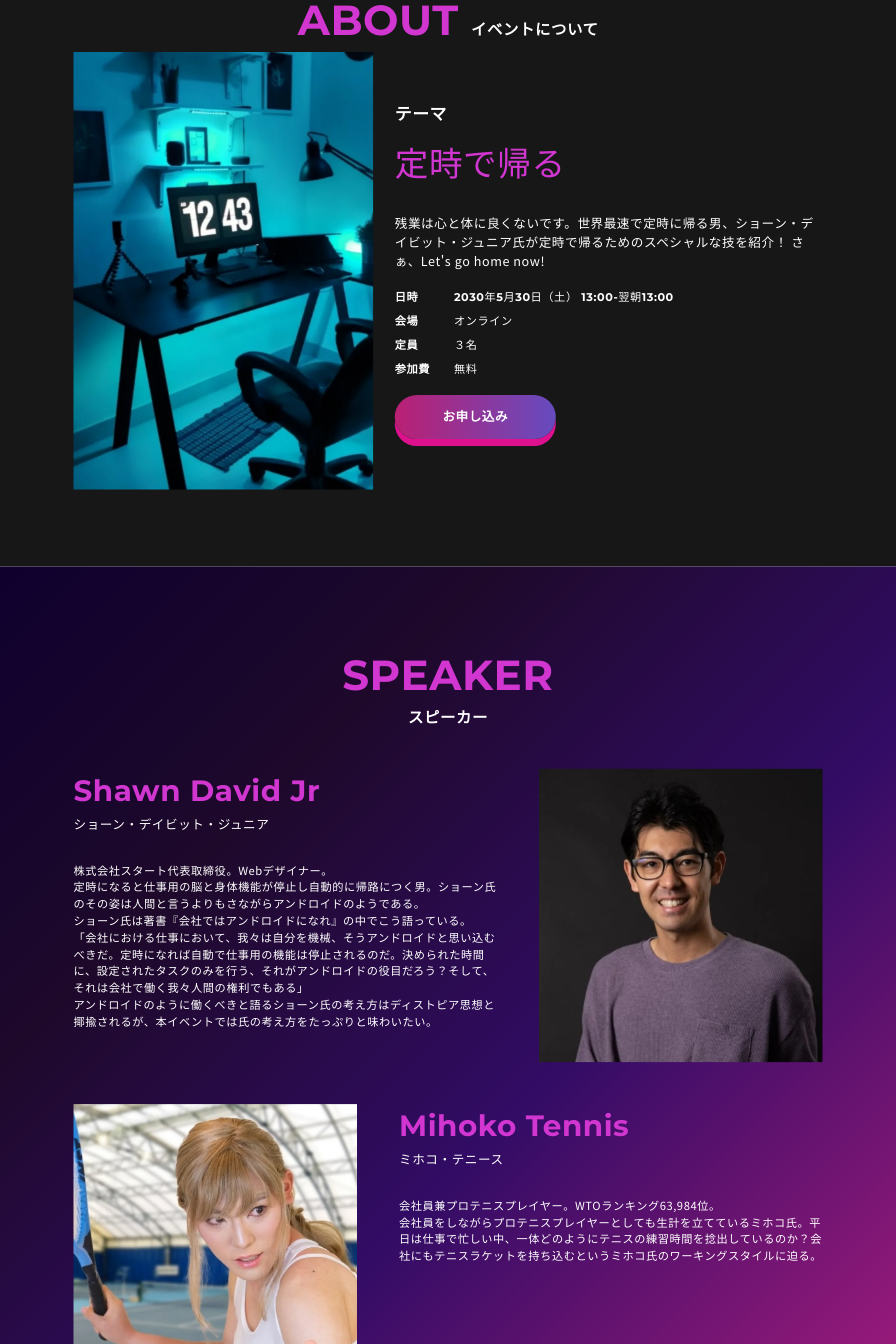
Repository: tetishi/wdc
Page: index.html
The author's editor kept a copy of each file at every save. The page is drawn from the files as they stood at one save, then again after the next save.
The browser window is 1280 px wide. The pictures show the part of the page from y = 826 to 2746 px (the page is 6212 px tall), at 70% of full size.
Some web libraries are served in a nearby version. The style sheet was rebuilt from its Sass, Less or Tailwind sources for each picture, by a compiler version that may differ from the author's.

Above is the page before, as saved 2023-07-15 18:30:07.

### index.html
<!DOCTYPE html>
<html lang="ja">
<head>
    <meta charset="UTF-8">
    <meta http-equiv="X-UA-Compatible" content="IE=edge">
    <meta name="viewport" content="width=device-width, initial-scale=1.0">
    <title>WDC</title>
    <link href="https://use.fontawesome.com/releases/v5.6.1/css/all.css" rel="stylesheet">
    <link href="https://fonts.googleapis.com/css2?family=Montserrat:wght@700&family=Noto+Sans+JP:wght@500;700&display=swap" rel="stylesheet">
    <link rel="icon" href="img/favicon.ico">
    <link rel="stylesheet" href="./css/reset.css">
    <link rel="stylesheet" href="./css/style.css">
</head>
<body>
    <header class="header">
        <div class="header-inner">
            <h2 class="nav-title">
                <a href="./index.html">
                    <img src="img/WDC.svg" alt="WDC">
                </a>
            </h2>
            <nav class="header-nav">
                <ul id="page-link" class="header-list">
                    <li class="header-item">
                        <a href="#about">ABOUT</a>
                    </li>
                    <li class="header-item">
                        <a href="#speaker">SPEAKER</a>
                    </li>
                    <li class="header-item">
                        <a href="#session">SESSION</a>
                    </li>
                </ul>
            </nav>
        </div>
    </header>

    <main>
        <!-- fv -->
        <div class="fv">
            <div class="section-inner fv-wrapper">
                    <!-- page-title-wrapper -->
                    <div class="page-title-wrapper">
                        <div class="page-title-upper">Web Design <br class="sp-br"> Conference vol.24</div>
                        <h2 class="page-title">
                            WORK<br>
                            REVOLUTION
                        </h2>
                        <div class="page-title-bottom">2030.05.30</div>
                        <div id="page-link" class="fv-btn">
                            <a href="#registor" class="link-btn">お申し込み</a>
                        </div>
                    </div>
                    <div class="ceo-wrraper">
                        <p class="ceo-name">ショーン・デイビット・ジュニア<span class="ceo-title">氏</span></p>
                        <p class="ceo-occupation">Webデザイナー</p>
                    </div>
            </div>
        </div>

        <!-- about -->
        <section id="about" class="about-section-wrapper">
            <div class="section-inner">
                <h2 class="section-title">
                    ABOUT
                    <span class="section-under-title">イベントについて</span>
                </h2>
                <!-- <p class="section-under-title"></p> -->
                <div class="about-container">
                    <div class="about-left-conatiner">
                        <div class="about-img-box">
                            <picture>
                                <source srcset="img/about.webp" type="image/webp">
                                <img src="img/about.jpg" alt="デスクの上のモニターには時間が表示されている">
                            </picture>
                        </div>
                    </div>
                    <div class="about-right-container">
                        <p class="top-text">テーマ</p>
                        <h3 class="theme">定時で帰る</h3>
                        <p class="theme-content">残業は心と体に良くないです。世界最速で定時に帰る男、ショーン・デイビット・ジュニア氏が定時で帰るためのスペシャルな技を紹介！ さぁ、Let's go home now!</p>
                        <table class="about-table">
                            <tbody>
                                <tr>
                                    <th>日時</th>
                                    <td>2030年5月30日（土） 13:00-翌朝13:00</td>
                                </tr>
                                <tr>
                                    <th>会場</th>
                                    <td>オンライン</td>
                                </tr>
                                <tr>
                                    <th>定員</th>
                                    <td>３名</td>
                                </tr>
                                <tr>
                                    <th>参加費</th>
                                    <td>無料</td>
                                </tr>
                            </tbody>
                        </table>
                        <div id="page-link">
                            <a href="#registor" class="link-btn">お申し込み</a>
                        </div>
                    </div>
                </div>
            </div>
        </section>

        <!-- speaker -->
        <section id="speaker" class="speaker-section-wrapper">
            <div class="section-inner">
                <h2 class="section-title">
                    SPEAKER
                    <span></span>
                </h2>
                <p class="section-under-title">スピーカー</p>
                <div class="ceo-container">
                    <div class="ceo-left">
                        <h3 class="speaker-name">Shawn David Jr</h3>
                        <p class="jp-name">ショーン・デイビット・ジュニア</p>
                        <div class="speaker-text">
                            <p>株式会社スタート代表取締役。Webデザイナー。<br>
                                定時になると仕事用の脳と身体機能が停止し自動的に帰路につく男。ショーン氏のその姿は人間と言うよりもさながらアンドロイドのようである。<br>
                                ショーン氏は著書『会社ではアンドロイドになれ』の中でこう語っている。<br>
                                「会社における仕事において、我々は自分を機械、そうアンドロイドと思い込むべきだ。定時になれば自動で仕事用の機能は停止されるのだ。決められた時間に、設定されたタスクのみを行う、それがアンドロイドの役目だろう？そして、それは会社で働く我々人間の権利でもある」<br>
                                アンドロイドのように働くべきと語るショーン氏の考え方はディストピア思想と揶揄されるが、本イベントでは氏の考え方をたっぷりと味わいたい。
                            </p>
                        </div>
                    </div>
                    <div class="ceo-right">
                        <picture>
                            <source srcset="img/sean.webp" type="image/webp">
                            <img src="img/sean.jpg" alt="株式会社スタート代表取締役のShawn David Jrの写真">
                        </picture>
                    </div>
                </div>
                <div class="mihoko-container">
                    <div class="mihoko-left">
                        <picture>
                            <source srcset="img/mihoko.webp" type="image/webp">
                            <img src="img/mihoko.jpg" alt="会社員兼プロテニスプレイヤーのMihoko Tennisの写真">
                        </picture>
                    </div>
                    <div class="mihoko-right">
                        <h3 class="speaker-name">Mihoko Tennis</h3>
                        <p class="jp-name">ミホコ・テニース</p>
                        <div class="speaker-text">
                            <p>会社員兼プロテニスプレイヤー。WTOランキング63,984位。<br>
                                会社員をしながらプロテニスプレイヤーとしても生計を立てているミホコ氏。平日は仕事で忙しい中、一体どのようにテニスの練習時間を捻出しているのか？会社にもテニスラケットを持ち込むというミホコ氏のワーキングスタイルに迫る。
                            </p>
                        </div>
                    </div>
                </div>
                <div class="jecica-container">
                    <div class="jecica-left">
                        <h3 class="speaker-name">Jecica Pannacotta </h3>
                        <p class="jp-name">ジェシカ・パンナコッタ</p>
                        <div class="speaker-text">
                            <p>フリーランスのエンジニア。<br>
                                「絶対に自宅でフルリモートで働く」という徹底したモットーに基づき、約7年間外出をしていない。インターネットを信仰しており、リアルやオフラインよりもオンラインを最重要視するライフスタイルを実践している。「外に出たら負け」が口グセのジェシカ氏の『超ネット仕事術』は必聴。
                            </p>
                        </div>
                    </div>
                    <div class="jecica-right">
                        <picture>
                            <source srcset="img/jecica.webp" type="image/webp">
                            <img src="img/jecica.jpg" alt="フリーランスのエンジニアJecica Pannacottaの写真">
                        </picture>
                    </div>
                </div>
            </div>
        </section>

        <!-- session -->
        <section id="session" class="session-section-wrapper">
            <div class="section-inner">
                <h2 class="section-title">SESSION</h2>
                <p class="section-under-title">セッション</p>
                <div class="session-container">
                    <ul class="session-list">
                        <li class="session-item">
                            <div class="session-left">
                                <p class="session-item-time">13:00-14:00</p>
                            </div>
                            <div class="session-right">
                                <h3 class="session-item-title">ライトニングトーク：定時に帰る、それはアンドロイドになること</h3>
                                <p class="session-item-body">
                                    スピーカー：ショーン・デイビット・ジュニア<br>
                                    人間らしくあろうとすること、それが残業を生むのだ。さぁ！アンドロイドになるのだ！
                                </p>
                            </div>
                        </li>
                        <li class="session-item">
                            <div class="session-left">
                                <p class="session-item-time">14:00-18:00</p>
                            </div>
                            <div class="session-right">
                                <h3 class="session-item-title">ショーンのとっておきの定時に帰る方法</h3>
                                <p class="session-item-body">
                                    スピーカー：ショーン・デイビット・ジュニア<br>
                                    アンドロイド的定時に帰る方法を紹介。ワタシ、テイジデカエリマス。
                                </p>
                            </div>
                        </li>
                        <li class="session-item">
                            <div class="session-left">
                                <p class="session-item-time">18:00-24:00</p>
                            </div>
                            <div class="session-right">
                                <h3 class="session-item-title">公私混同仕事術</h3>
                                <p class="session-item-body">
                                    スピーカー：ミホコ・テニース<br>
                                    私は会社にもテニスラケットを持ち込む。そう、もういっそのこと仕事と趣味の境界線を消しましょう。
                                </p>
                            </div>
                        </li>
                        <li class="session-item">
                            <div class="session-left">
                                <p class="session-item-time">24:00-13:00</p>
                            </div>
                            <div class="session-right">
                                <h3 class="session-item-title">超ネット仕事術</h3>
                                <p class="session-item-body">
                                    スピーカー：ジェシカ・パンナコッタ<br>
                                    ７年間一度も外出せずに仕事をする方法を紹介。自宅大好きっ！
                                </p>
                            </div>
                        </li>
                    </ul>
                </div>
            </div>
        </section>

        <!-- registor -->
        <section id="registor" class="registor-section-wrapper">
            <div class="section-inner">
                <h2 class="section-title">REGISTOR</h2>
                <p class="section-under-title">お申し込み</p>
                <div class="registor-container">
                    <form action="" class="form">
                        <div class="form-item">
                            <div class="form-title first-point">
                                <label for="occupation">ご職業
                                    <span class="form-required">*必須</span>
                                </label>
                            </div>
                            <div class="checkbox-group">
                                <div class="checkbox-item">
                                    <input id="employee" type="checkbox" name="employee" value="employee" class="checkbox">
                                    <label for="employee">会社員</label>
                                </div>
                                <div class="checkbox-item">
                                    <input id="self-employed" type="checkbox" name="self-employed" value="self-employed" class="checkbox">
                                    <label for="self-employed">個人事業主</label>
                                </div>
                                <div class="checkbox-item">
                                    <input id="unemployed" type="checkbox" name="unemployed" value="unemployed" class="checkbox">
                                    <label for="unemployed">求職中</label>
                                </div>
                                <div class="checkbox-item">
                                    <input id="other" type="checkbox" name="other" value="other" class="checkbox">
                                    <label for="other">その他</label>
                                </div>
                            </div>
                        </div>
                        <div class="form-item">
                            <div class="form-title">
                                <label for="name">お名前
                                    <span class="form-required">*必須</span>
                                </label>
                            </div>
                            <input id="name" type="text" name="name" required class="form-input">
                        </div>
                        <div class="form-item">
                            <div class="form-title">
                                <label for="email">メールアドレス
                                    <span class="form-required">*必須</span>
                                </label>
                            </div>
                            <input id="email" type="email" name="email" required class="form-input">
                        </div>
                        <div class="form-item">
                            <div class="form-title">
                                <label for="tel">電話番号
                                    <span class="form-note">（半角数字ハイフンなし）</span>
                                </label>
                            </div>
                            <input id="tel" type="tel" name="tel" class="form-input">
                        </div>
                        <div class="form-item">
                            <div class="form-title">
                                <label for="comment">スピーカーに質問したいこと
                                    <span class="form-required">*必須</span>
                                </label>
                            </div>
                            <textarea name="comment" id="comment" cols="30" rows="10" placeholder="ご自由にお書きください"></textarea>
                        </div>
                        <div class="form-item">
                            <div class="form-title">
                                <label for="source">WDCをどちらでお知りになりましたか？
                                    <span class="form-required">*必須</span>
                                </label>
                            </div>
                            <select name="source" id="source">
                                <option value>選択してください</option>
                                <option value="Google/Yahoo検索">Google/Yahoo検索</option>
                                <option value="SNS">SNS</option>
                                <option value="ブログ">ブログ</option>
                                <option value="友人や知人">友人や知人</option>
                                <option value="その他">その他</option>
                            </select>
                        </div>
                        <div class="form-btn">
                            <button type="submit" class="btn">送信する</button>
                        </div>
                    </form>
                </div>
            </div>
        </section>

        <!-- footer -->
        <footer class="footer">
            <div class="footer-text">©2030 Web Design Conference</div>
        </footer>
        <a class="pagetop" href="#">
            <div class="pagetop-arrow">
                <i class="fas fa-angle-up"></i>
            </div>
        </a>
    </main>
    <script src="https://ajax.googleapis.com/ajax/libs/jquery/3.6.0/jquery.min.js"></script>
    <script src="js/script.js"></script>
</body>
</html>

### css/reset.css
/*
html5doctor.com Reset Stylesheet
v1.6.1
Last Updated: 2010-09-17
Author: Richard Clark - http://richclarkdesign.com
Twitter: @rich_clark
*/

* {
    box-sizing: border-box;
}

html,
body,
div,
span,
object,
iframe,
h1,
h2,
h3,
h4,
h5,
h6,
p,
blockquote,
pre,
abbr,
address,
cite,
code,
del,
dfn,
em,
img,
ins,
kbd,
q,
samp,
small,
strong,
sub,
sup,
var,
b,
i,
dl,
dt,
dd,
ol,
ul,
li,
fieldset,
form,
label,
legend,
table,
caption,
tbody,
tfoot,
thead,
tr,
th,
td,
article,
aside,
canvas,
details,
figcaption,
figure,
footer,
header,
hgroup,
menu,
nav,
section,
summary,
time,
mark,
ruby,
audio,
video {
    margin: 0;
    padding: 0;
    border: 0;
    outline: 0;
    font-size: 100%;
    vertical-align: baseline;
    background: transparent;
}

body {
    line-height: 1.5;
}

img {
    width: 100%;
    height: auto;
    object-fit: cover;
}

button {
    background-color: transparent;
    border: none;
    cursor: pointer;
    outline: none;
    padding: 0;
    appearance: none;
}

article,
aside,
details,
figcaption,
figure,
footer,
header,
hgroup,
menu,
nav,
section {
    display: block;
}

nav ul {
    list-style: none;
}

li {
    list-style: none;
}

a {
    margin: 0;
    padding: 0;
    font-size: 100%;
    vertical-align: baseline;
    background: transparent;
}

input,
select {
    vertical-align: middle;
}

/*end reset css*/

Loaded but not shown: js/script.js (24 lines, source omitted); css/style.scss (658 lines, source omitted)

After the next save:
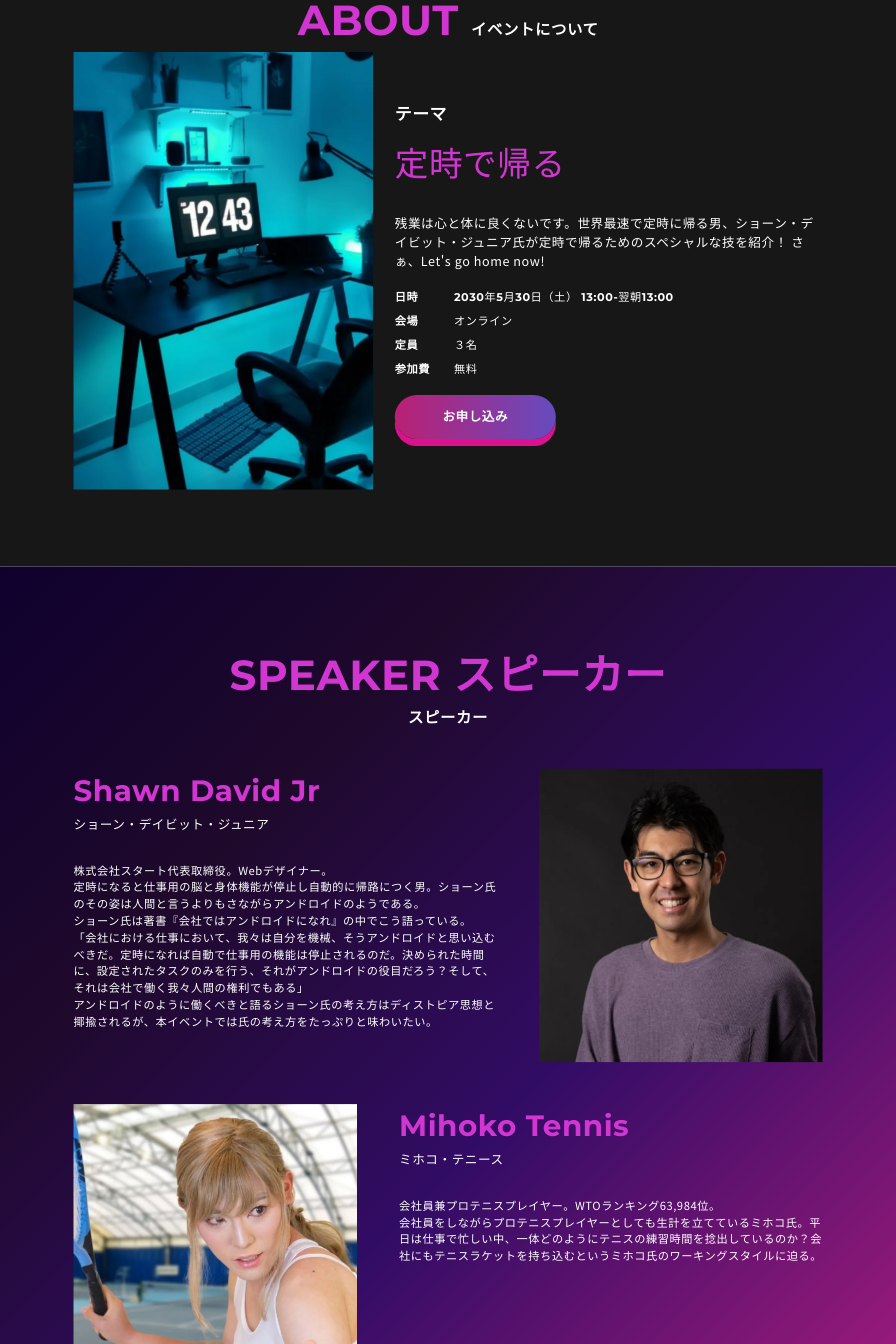
Saved 5 s later.
--- a/index.html
+++ b/index.html
@@ -112,7 +112,7 @@
             <div class="section-inner">
                 <h2 class="section-title">
                     SPEAKER
-                    <span></span>
+                    <span>スピーカー</span>
                 </h2>
                 <p class="section-under-title">スピーカー</p>
                 <div class="ceo-container">
